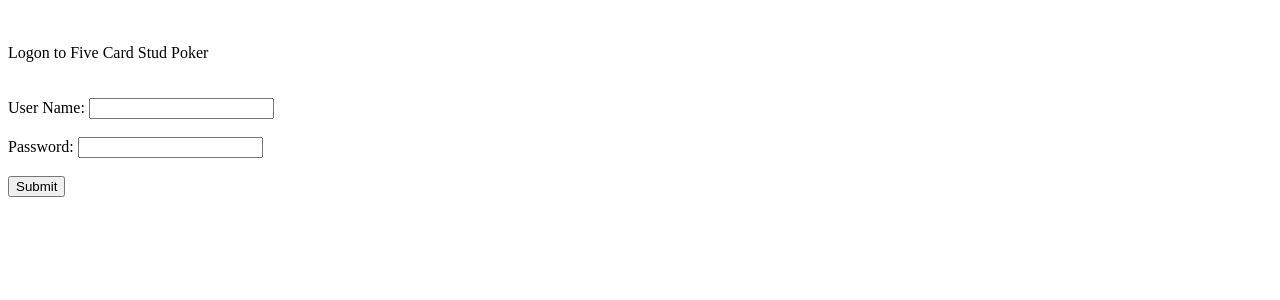
Repository: J2EEBeliever/ISA681_Poker2
Page: http://localhost/StrutsAjax/Logon.jsp
The author's editor kept a copy of each file at every save. The page is drawn from the files as they stood at one save, then again after the next save.
The browser window is 1280 px wide. The pictures show the whole page.
The page is served by Tomcat 9. Nobody is signed in. The application's start-up code is not run.

Above is the page before, as saved 2015-12-01 18:41:57.

After the next save:
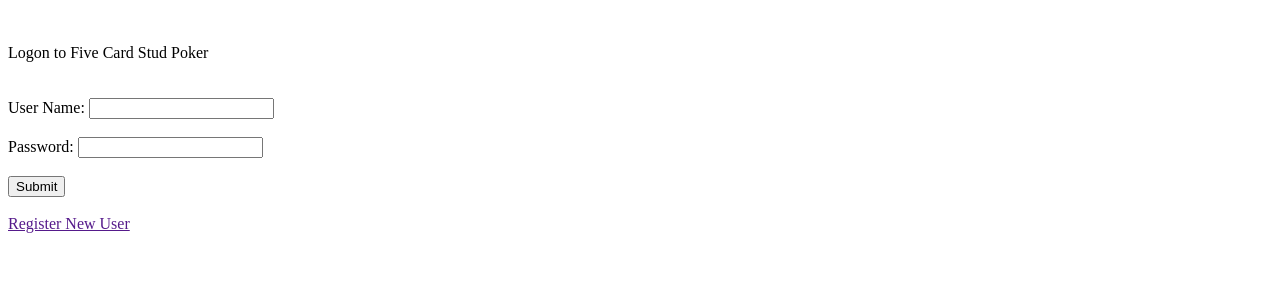
Saved 6 min 18 s later.
--- a/SOURCE/StrutsAjax/WebContent/Logon.jsp
+++ b/SOURCE/StrutsAjax/WebContent/Logon.jsp
@@ -19,5 +19,7 @@
 <BR><BR>Password: <input type="password" name="password" value="">
 <BR><BR><input type="submit" name="submit">
 </form>
+<RR>
+<BR><a href="" name="UserRegistration" id ="UserRegistration">Register New User</a>
 </body>
 </html>
